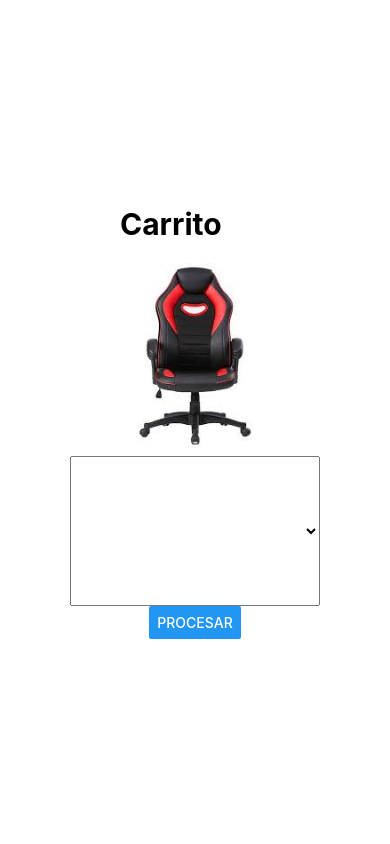
Repository: oscaredu1998/compras
Screen: / (app in frontend/)
These files come from the project's save history. The screen is drawn as it stood at one moment and after a run of saves; the edit follows.
The app was drawn by React Native's web renderer in a window 390 px wide. The project was rebuilt for these pictures with package versions that can differ from the ones it lists, and the page was loaded fresh each time.

Above is the screen before, as saved 2020-02-21 18:16:52.

After the next 5 saves:
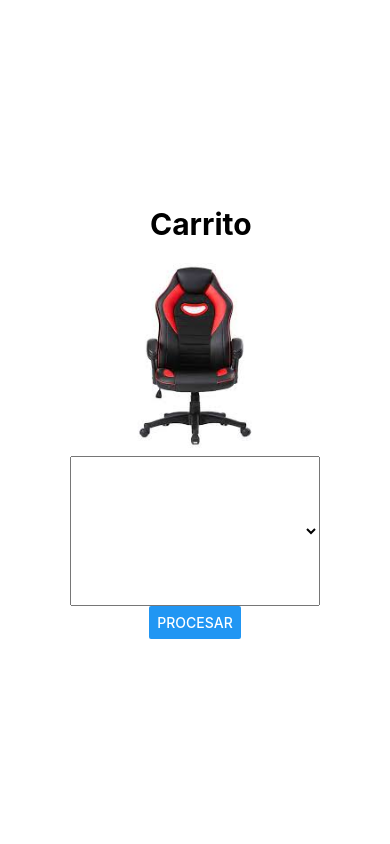
The 5 saves are shown as one change because they came seconds apart.
The last was saved 37 s later.
--- a/frontend/App.js
+++ b/frontend/App.js
@@ -28,7 +28,7 @@ export default class App extends Component {
   render() {
     return (
       <View style={styles.container}>
-        <Text style={{width: 150, height: 50, fontSize: 30, fontWeight: 'bold'}}>Carrito</Text>
+        <Text style={{width: 150, height: 50, fontSize: 30, fontWeight: 'bold', left: 30}}>Carrito</Text>
         <Image
             style={{width: 200, height: 200}}
             source={require('./assets/images.jpg')}
